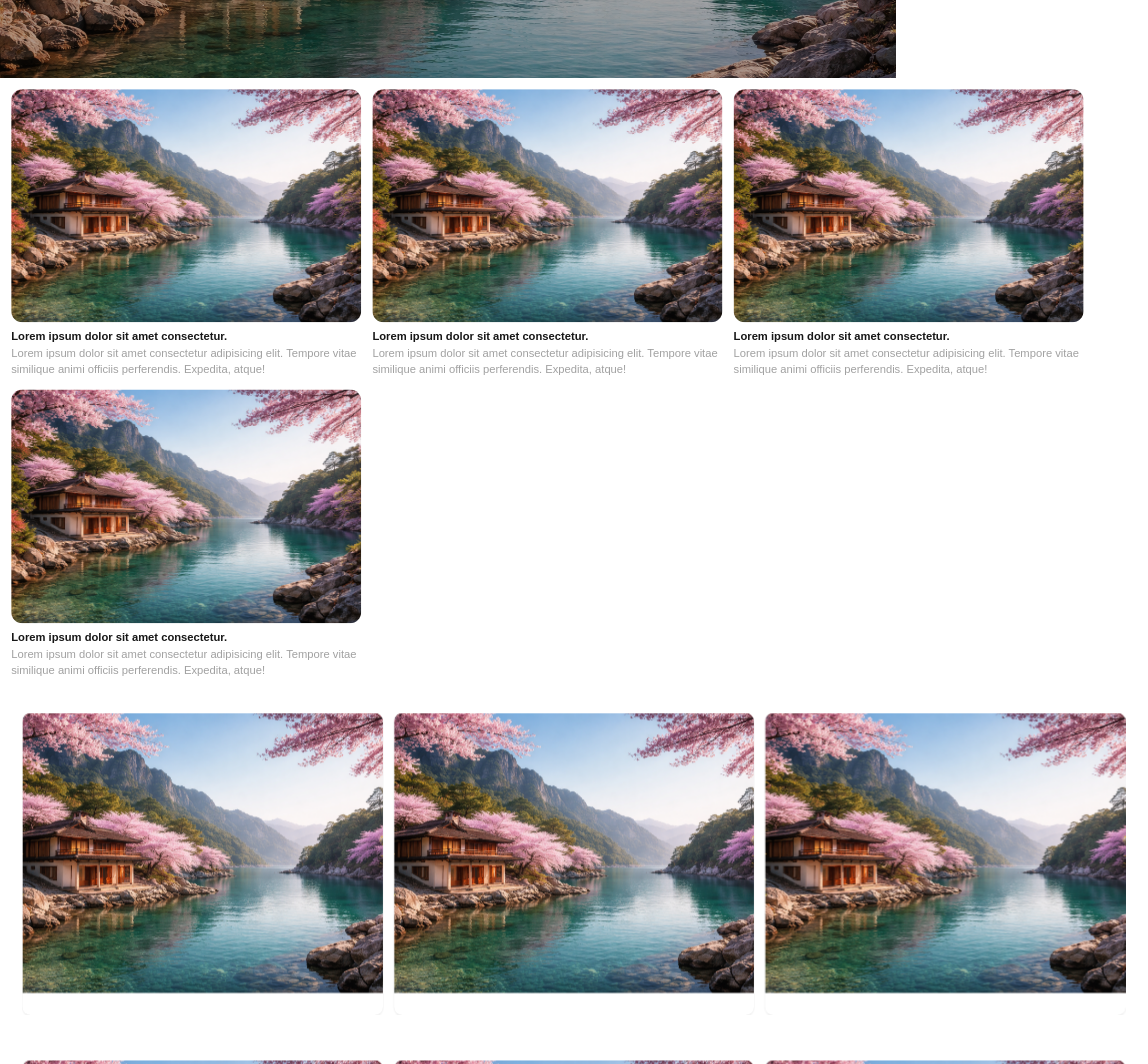
Repository: pedroantoniosi/tripicon-site
Page: /home
These files come from the project's save history. The page is drawn as it stood at one moment and after the next save; the edit follows.
The browser window is 1280 px wide. The page is 1640 px wide, so the pictures cover 1640 px, including what lies to the right of the window. The pictures show the part of the page from y = 609 to 2129 px (the page is 2803 px tall), at 70% of full size.
The project was rebuilt for these pictures with package versions that can differ from the ones it lists, and the page was loaded fresh each time. The framework's server and built-in components were replaced by stand-ins that run in the browser. Also part of the build but not shown: next.config.ts.

Above is the page before, as saved 2026-04-01 20:39:17.

### src/app/layout.tsx
import type { Metadata } from "next";
import { Geist, Geist_Mono } from "next/font/google";
import "./globals.css";

const geistSans = Geist({
  variable: "--font-geist-sans",
  subsets: ["latin"],
});

const geistMono = Geist_Mono({
  variable: "--font-geist-mono",
  subsets: ["latin"],
});

export const metadata: Metadata = {
  title: "Create Next App",
  description: "Generated by create next app",
};

export default function RootLayout({
  children,
}: Readonly<{
  children: React.ReactNode;
}>) {
  return (
    <html
      lang="en"
      className={`${geistSans.variable} ${geistMono.variable} h-full antialiased`}
    >
      <body className="min-h-full flex flex-col">{children}</body>
    </html>
  );
}

### src/app/home/page.tsx
"use client";
import styles from "./page.module.css";
import Searchbar from "@/components/searchbar/searchbar";
import Container from "@/components/Container/Container";
import Image from "next/image";
import Slider from "@/components/Slider/Slider";

const trips = [
  { title: "", image: "/images/banner.png" },
  { title: "", image: "/images/banner.png" },
  { title: "", image: "/images/banner.png" },
];

const reviews = [
  {
    name: "Mariana Souza",
    text: "Viajar para Kyoto sempre foi um sonho, mas eu não fazia ideia de por onde começar. A plataforma montou tudo pra mim e a experiência foi simplesmente perfeita.",
    stars: 5,
  },
  {
    name: "Lucas Ferreira",
    text: "Fiquei impressionado com a organização. Desde Tokyo até Osaka, tudo foi muito bem planejado. Zero dor de cabeça.",
    stars: 5,
  },
  {
    name: "Camila Ribeiro",
    text: "Eu queria uma viagem mais cultural e menos turística, e eles acertaram exatamente no que eu buscava. Kyoto foi o ponto alto da viagem.",
    stars: 5,
  },
  {
    name: "Rafael Martins",
    text: "Foi minha primeira viagem internacional e eu estava inseguro. O suporte foi excelente do começo ao fim, principalmente durante a estadia em Tokyo.",
    stars: 5,
  },
  {
    name: "Juliana Costa",
    text: "Consegui montar um roteiro completo em poucos minutos. A experiência no Monte Fuji foi inesquecível. Recomendo muito.",
    stars: 5,
  },
];

export default function Home() {
  return (
    <>
      {/* Sessão Inicial  Principal */}
      <section className={styles.heroContainer}>
        <div className={`${styles.heroCaption} col gap-2`}>
          <h1 className="text-4xl  text-center">
            {" "}
            Viaje com propósito. Explore com liberdade
          </h1>
          <p className="text-md lg:text-2xl text-center m-[12]">
            Experiências únicas, roteiros inteligentes e viagens planejadas nos
            mínimos detalhes.
          </p>
          <Searchbar />
        </div>
      </section>

      {/* Sessão de Novidades */}
      <Container>
        <section className="flex flex-wrap p-2 gap-2 lg:p-4 lg:gap-4">
          {Array.from({ length: 4 }).map((_, index) => (
            <div key={index} className="flex gap-2 lg:flex-col">
              <Image
                className="max-w-[150px] lg:max-w-[unset] rounded-2xl"
                src="/images/banner.png"
                alt="Banner"
                width={500}
                height={300}
              />
              <div className="caption md:content-end">
                <h2 className="font-bold font">
                  Lorem ipsum dolor sit amet consectetur.
                </h2>
                <p className="text-neutral-400 max-w-[500px]">
                  Lorem ipsum dolor sit amet consectetur adipisicing elit.
                  Tempore vitae similique animi officiis perferendis. Expedita,
                  atque!
                </p>
              </div>
            </div>
          ))}
        </section>

        {/* Sessão de planos de viagens */}
        <div className="p-2 lg:p-8">
          <Slider
            data={trips}
            slidesPerView={{
              mobile: 1,
              tablet: 2,
              desktop: 3,
            }}
            autoplay
            loop
            renderItem={(item) => (
              <div className="rounded-xl overflow-hidden shadow">
                <img
                  src={item.image}
                  alt={item.title}
                  className="w-full h-[400px] object-cover"
                />
                <h2 className="p-4 font-bold">{item.title}</h2>
              </div>
            )}
          />
        </div>

        {/* Sessão de planos de viagens */}
        <div className="p-2 lg:p-8 ">
          <Slider
            data={trips}
            slidesPerView={{
              mobile: 1,
              tablet: 2,
              desktop: 3,
            }}
            autoplay
            loop
            renderItem={(item) => (
              <div className="rounded-xl overflow-hidden shadow">
                <img
                  src={item.image}
                  alt={item.title}
                  className="w-full h-[400px] object-cover"
                />
                <h2 className="p-4 font-bold">{item.title}</h2>
              </div>
            )}
          />
        </div>

        {/* Sessão de planos de viagens */}
        <div className="p-2 lg:p-8 ">
          <div className="flex gap-2">
            <Slider
              data={reviews}
              slidesPerView={{
                mobile: 1.2,
                tablet: 2,
                desktop: 3,
              }}
              autoplay
              loop
              renderItem={(item) => (
                <div className="rounded-xl overflow-hidden shadow flex flex-col gap-2 bg-stone-900  p-2 rounded-2xl">
                  <div className="flex gap-1">
                    {Array.from({ length: item.stars }).map((_, index) => (
                      <i
                        key={index}
                        className="bi bi-star-fill text-yellow-300"
                      ></i>
                    ))}
                  </div>
                  <h2 className="font-bold">{item.name}</h2>
                  <p>{item.text}</p>
                </div>
              )}
            />
          </div>
        </div>
      </Container>
    </>
  );
}

### src/app/globals.css
@import "tailwindcss";
@import "bootstrap-icons/font/bootstrap-icons.css";


:root {
  --background: #ffffff;
  --foreground: #171717;
  --primaryColor: #
}

@media (prefers-color-scheme: dark) {
  :root {
    --background: #0a0a0a;
    --foreground: #ededed;
  }
}

body {
  background: var(--background);
  color: var(--foreground);
  font-family: Arial, Helvetica, sans-serif;
}

### src/app/home/page.module.css
.heroContainer {
    padding: 1rem;
    position: relative;
    display: grid;
    place-items: center;
    z-index: 1;
    min-height: 70svh;

    &::after {
        content: ' ';
        position: absolute;
        width: 100%;
        height: 100%;
        left: 0;
        bottom: 0;
        background-image: url('/images/banner.png');
        background-size: cover;
        z-index: -1;
        filter: brightness(70%);
    }

    & .heroTitle {
        max-width: 1024px;
        text-align: center;
    }
}


@media (min-width: 1024px) {
    .heroContainer {
        padding: 2rem;
        min-height: 100vh;
    }

    .heroContainer .heroTitle {
        max-width: 1200px;
    }
}

### src/components/searchbar/searchbar.tsx
export default function searchbar() {
  return (
    <>
      <div className="p-[.5rem] bg-white rounded-full flex justify-between m-auto max-w-[768px]">
        <input
          className="p-1 text-black outline-none border-none"
          type="text"
          placeholder="O que você está procuranpo?"
        />
        <button className="bg-orange-400 px-2 rounded-full">Pesquisar</button>
      </div>
    </>
  );
}

### src/components/Container/Container.tsx
import React from "react";

type ContainerProps = {
  children?: React.ReactNode;
};

export default function Container({ children }: ContainerProps) {
  return <div className="max-w-[1640px] m-auto">{children}</div>;
}

### src/components/Slider/Slider.tsx
"use client";

import { Swiper, SwiperSlide } from "swiper/react";
import { Navigation, Pagination, Autoplay } from "swiper/modules";

import "swiper/css";
import "swiper/css/navigation";
import "swiper/css/pagination";

type Breakpoints = {
  mobile?: number;
  tablet?: number;
  desktop?: number;
};

type SliderProps<T> = {
  data: T[];
  renderItem: (item: T, index: number) => React.ReactNode;

  slidesPerView?: Breakpoints;

  spaceBetween?: number;
  loop?: boolean;
  autoplay?: boolean;
  navigation?: boolean;
  pagination?: boolean;
};

export default function Slider<T>({
  data,
  renderItem,
  slidesPerView = {
    mobile: 1,
    tablet: 2,
    desktop: 3,
  },
  spaceBetween = 16,
  loop = false,
  autoplay = false,
  navigation = true,
  pagination = false,
}: SliderProps<T>) {
  return (
    <Swiper
      modules={[Navigation, Pagination, Autoplay]}
      spaceBetween={spaceBetween}
      loop={loop}
      navigation={navigation}
      pagination={pagination ? { clickable: true } : false}
      autoplay={
        autoplay
          ? {
              delay: 3000,
              disableOnInteraction: false,
            }
          : false
      }
      breakpoints={{
        0: {
          slidesPerView: slidesPerView.mobile || 1,
        },
        640: {
          slidesPerView: slidesPerView.tablet || 2,
        },
        1024: {
          slidesPerView: slidesPerView.desktop || 3,
        },
      }}
    >
      {data.map((item, index) => (
        <SwiperSlide key={index}>{renderItem(item, index)}</SwiperSlide>
      ))}
    </Swiper>
  );
}

After the next save:
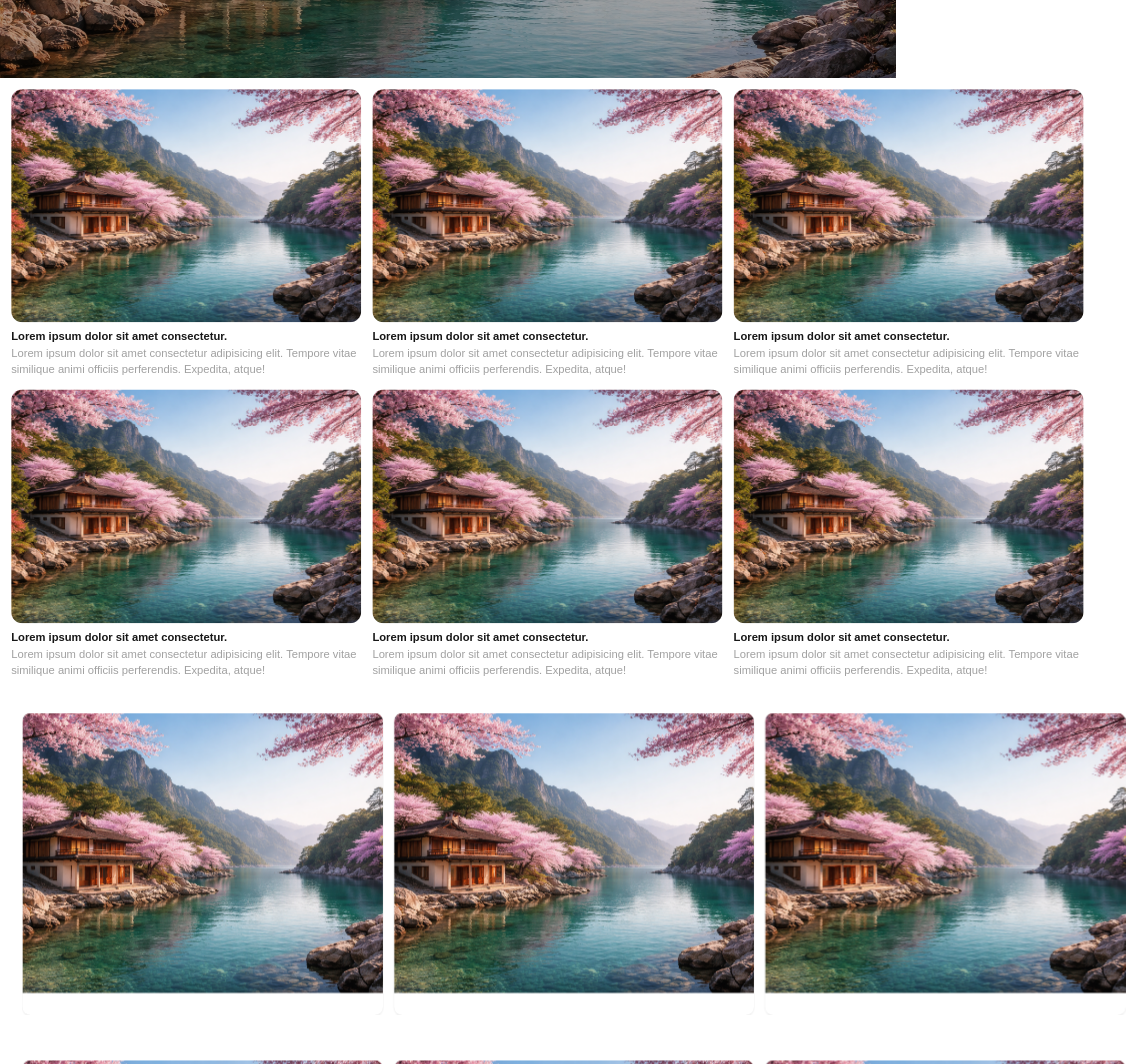
Saved 13 s later.
--- a/src/app/home/page.tsx
+++ b/src/app/home/page.tsx
@@ -60,7 +60,7 @@ export default function Home() {
       {/* Sessão de Novidades */}
       <Container>
         <section className="flex flex-wrap p-2 gap-2 lg:p-4 lg:gap-4">
-          {Array.from({ length: 4 }).map((_, index) => (
+          {Array.from({ length: 6 }).map((_, index) => (
             <div key={index} className="flex gap-2 lg:flex-col">
               <Image
                 className="max-w-[150px] lg:max-w-[unset] rounded-2xl"
